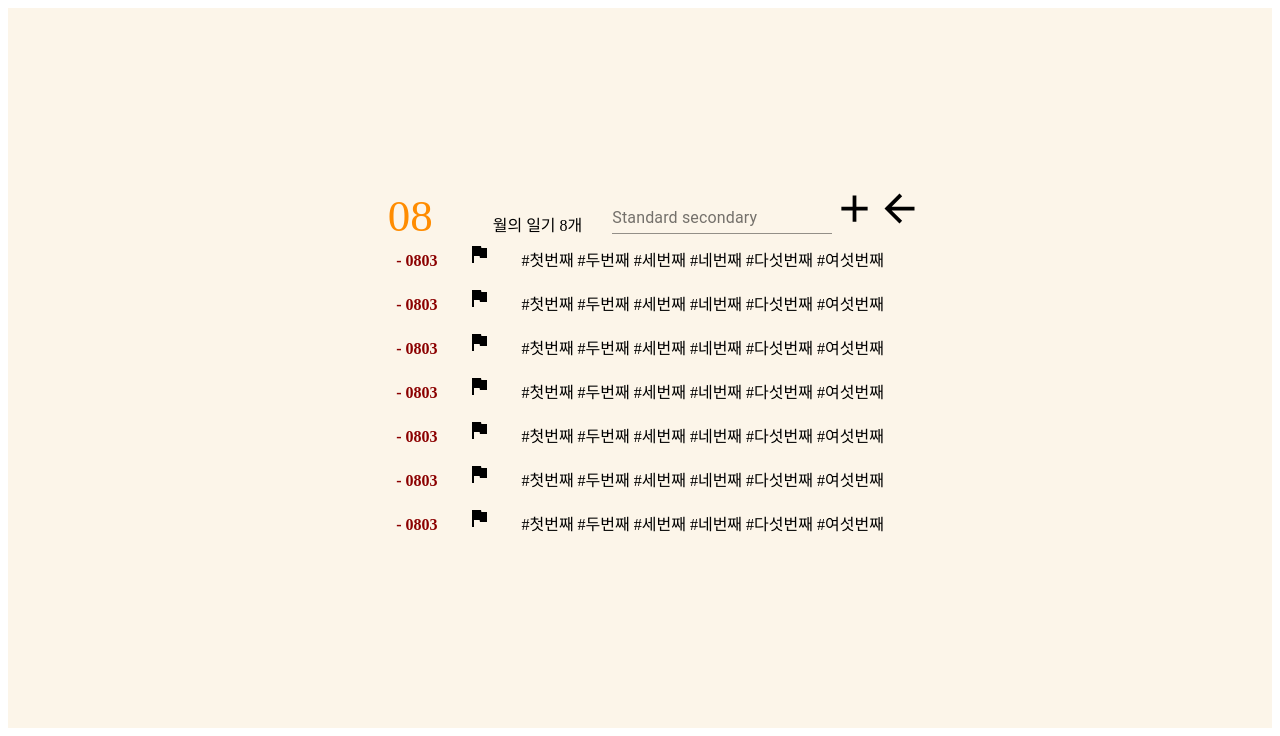
Repository: IMHANA/diary
Page: /list
An editor plug-in stored every save of this project. The page is shown before and after the next save, followed by the edit.
The browser window is 1280 px wide. The pictures show the whole page.
The project was rebuilt for these pictures with package versions that can differ from the ones it lists, and the page was loaded fresh each time. Also part of the build but not shown: src/App.css, src/pages/Main/main.js, src/pages/Month/month.js.

Above is the page before, as saved 2021-08-05 17:37:55.

After the next save:
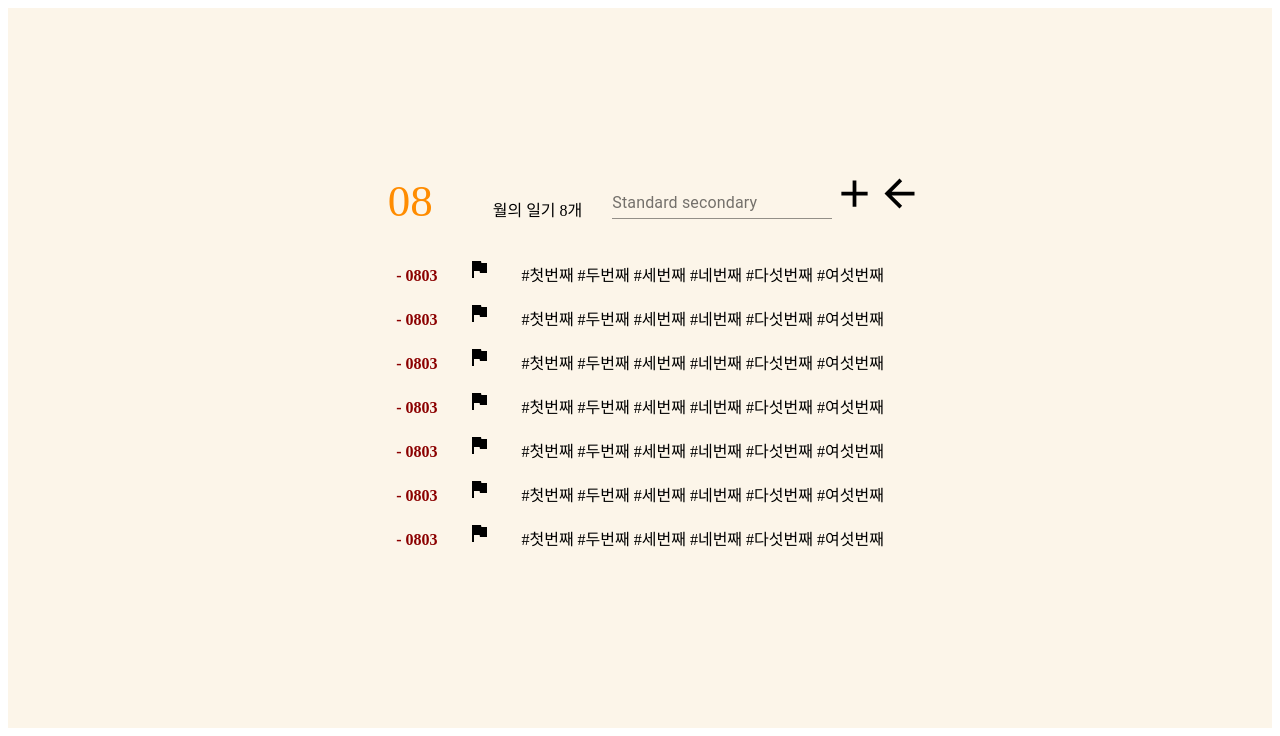
Saved 4 s later.
--- a/src/pages/DayList/dayList.js
+++ b/src/pages/DayList/dayList.js
@@ -8,7 +8,7 @@ export default class dayList extends Component {
         return (
             <div id='container'>
                 <div id='sub_box'>
-                    <div>
+                    <div className='list_title'>
                         <span id='month'>08</span><span>월의 일기 8개</span>
                         <TextField id="standard-secondary" label="Standard secondary" color="secondary" />
                         <Add style={{fontSize: '45px'}}/>
